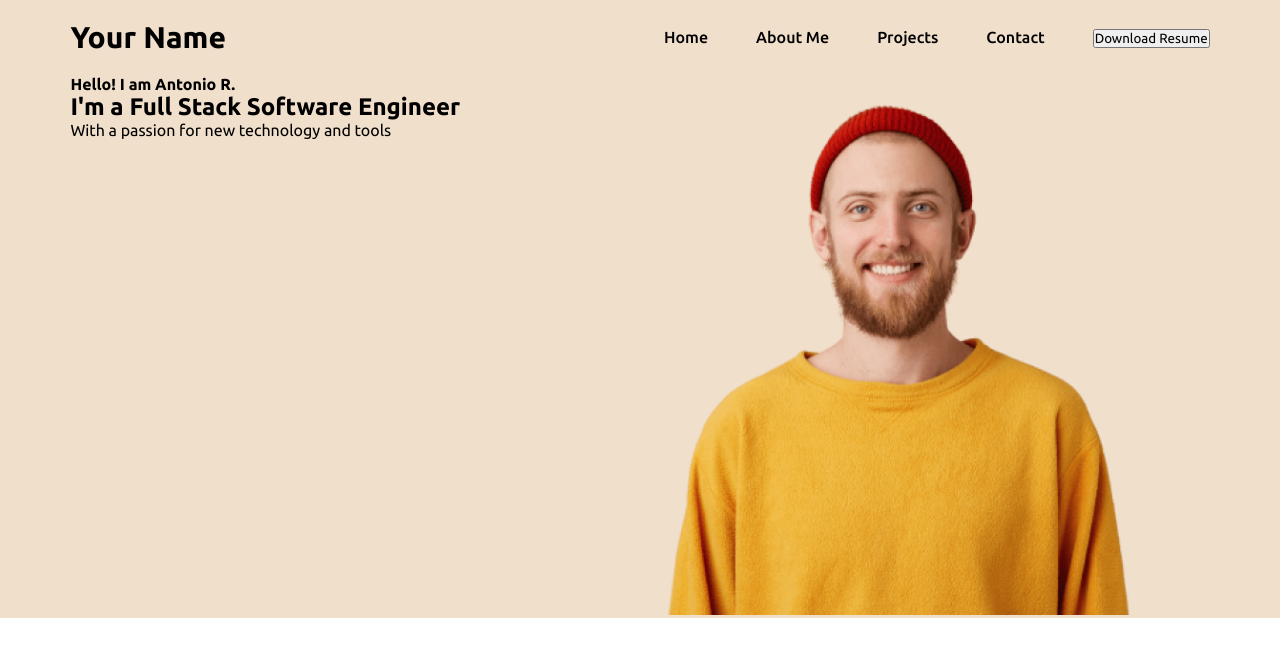
Repository: DevAntonioRogers/vanilla-portfolio
Page: index.html
These files come from the project's save history. The page is drawn as it stood at one moment and after the next save; the edit follows.
The browser window is 1280 px wide. The pictures show the whole page.

Above is the page before, as saved 2023-07-14 16:23:41.

### index.html
<!DOCTYPE html>
<html lang="en">
  <head>
    <meta charset="UTF-8" />
    <meta name="viewport" content="width=device-width, initial-scale=1.0" />
    <link rel="stylesheet" href="style.css" />
    <title>Antonio Rogers</title>
  </head>
  <body>
    <nav>
      <div class="container navbar">
        <a href="/" aria-label="Home"> <h1>Your Name</h1></a>
        <ul>
          <li>
            <a href="/" aria-label="Home">Home</a>
          </li>
          <li>
            <a href="/" aria-label="About Me">About Me</a>
          </li>
          <li>
            <a href="/" aria-label="Projects">Projects</a>
          </li>
          <li>
            <a href="/" aria-label="Contact">Contact</a>
          </li>
          <li>
            <a href="/resume.pdf" download aria-label="Download Resume">
              <button class="navbar-button">Download Resume</button>
            </a>
          </li>
        </ul>
      </div>
    </nav>

    <section class="hero">
      <div class="container hero-container">
        <div>
          <h4>Hello! I am Antonio R.</h4>
          <h1>I'm a Full Stack Software Engineer</h1>
          <p>With a passion for new technology and tools</p>
        </div>

        <div>
          <img src="./software.png" alt="" />
        </div>
      </div>
    </section>
  </body>
</html>

### style.css
@import url("https://fonts.googleapis.com/css2?family=Ubuntu:wght@300;400;500;700&display=swap");

* {
  box-sizing: border-box;
  padding: 0;
  margin: 0;
  font-family: "Ubuntu", sans-serif;
}

a {
  text-decoration: none;
  color: inherit;
}

li {
  list-style: none;
}

.container {
  width: 89%;
  margin: auto;
  max-width: 1500px;
}

nav {
  background: #f0dfcb;
  padding: 20px 0;
}

.navbar {
  display: flex;
  justify-content: space-between;
  align-items: center;
}

.navbar h1 {
  font-size: 30px;
  font-weight: 700;
}

.navbar ul {
  display: flex;
  gap: 3rem;
}

.navbar ul li {
  font-weight: 500;
}

/* HERO STYLES */

.hero {
  background-color: #f0dfcb;
}

.hero-container {
  display: grid;
  grid-template-columns: 1fr 1fr;
}

.hero-container img {
  height: 540px;
}

After the next save:
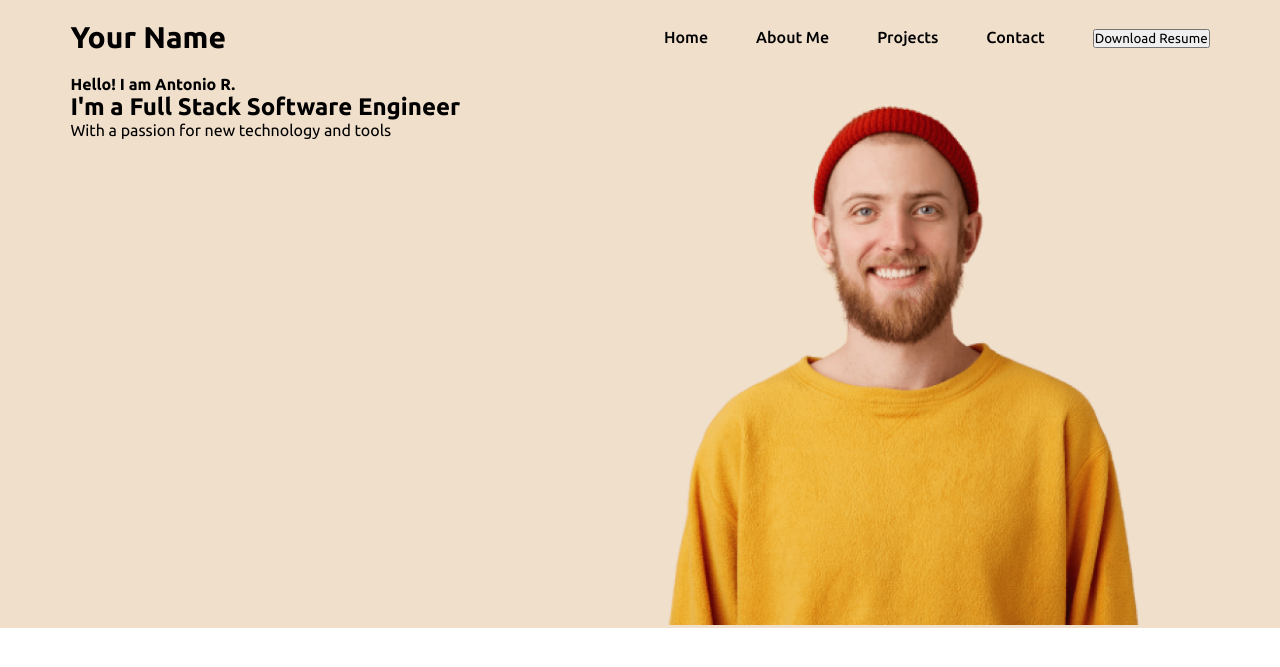
Saved 12 s later.
--- a/style.css
+++ b/style.css
@@ -59,5 +59,5 @@ nav {
 }
 
 .hero-container img {
-  height: 540px;
+  height: 550px;
 }
